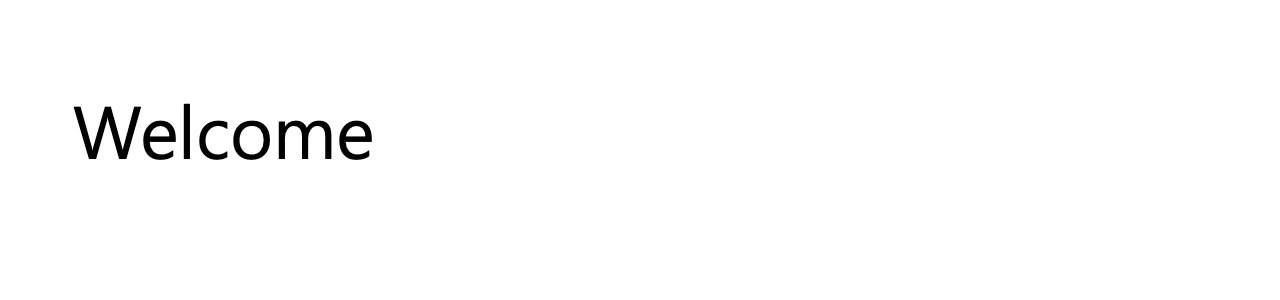
Repository: bhj305/JSP_Servlet
Page: http://localhost/MustHaveJSP/02ImplicitObject/ResponseWelcom.jsp
The author's editor kept a copy of each file at every save. The page is drawn from the files as they stood at one save, then again after the next save.
The browser window is 1280 px wide. The pictures show the whole page.
The page is served by Tomcat 10. Other server files are loaded and not shown.

Above is the page before, as saved 2025-05-02 07:41:54.

### MustHaveJSP/src/main/webapp/02ImplicitObject/ResponseWelcom.jsp
<%@ page language="java" contentType="text/html; charset=UTF-8"
    pageEncoding="UTF-8"%>
<!DOCTYPE html>
<html>
	<head>
	<meta charset="UTF-8">
	<title>내장객체 - response</title>
	</head>
	<body>
		<img src="../images/welcome.png" alt="환영합니다." />
	</body>
</html>

After the next save:
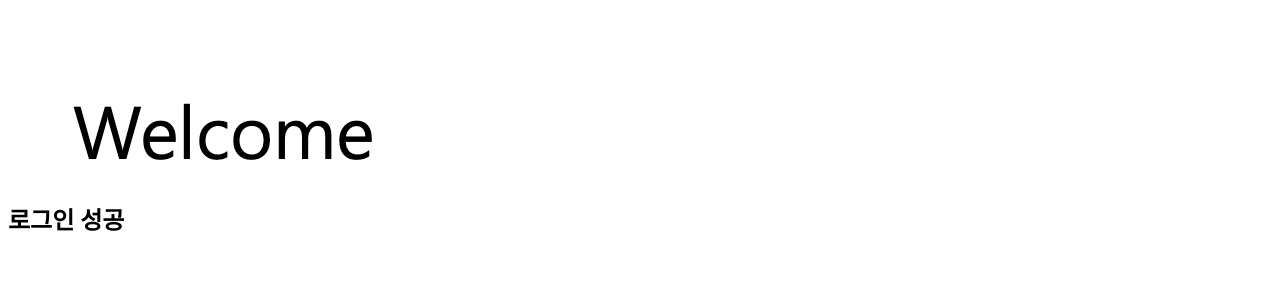
Saved 17 s later.
--- a/MustHaveJSP/src/main/webapp/02ImplicitObject/ResponseWelcom.jsp
+++ b/MustHaveJSP/src/main/webapp/02ImplicitObject/ResponseWelcom.jsp
@@ -8,5 +8,6 @@
 	</head>
 	<body>
 		<img src="../images/welcome.png" alt="환영합니다." />
+		<h2>로그인 성공</h2>
 	</body>
 </html>
